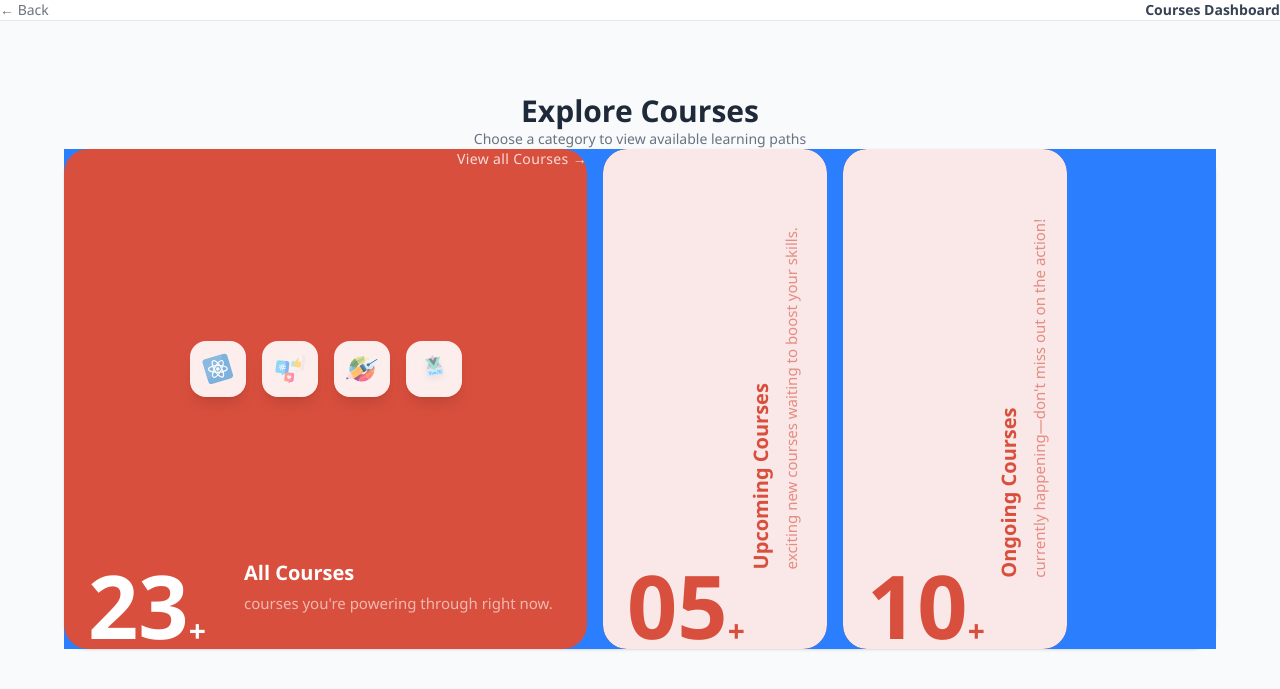
Repository: RahulRajKhadka/nextjs-dashboard-app
Page: /task2
These files come from the project's save history. The page is drawn as it stood at one moment and after the next save; the edit follows.
The browser window is 1280 px wide. The pictures show the whole page.
The project was rebuilt for these pictures with package versions that can differ from the ones it lists, and the page was loaded fresh each time. The framework's server and built-in components were replaced by stand-ins that run in the browser. Also part of the build but not shown: next.config.ts.

Above is the page before, as saved 2026-04-10 14:15:56.

After the next save:
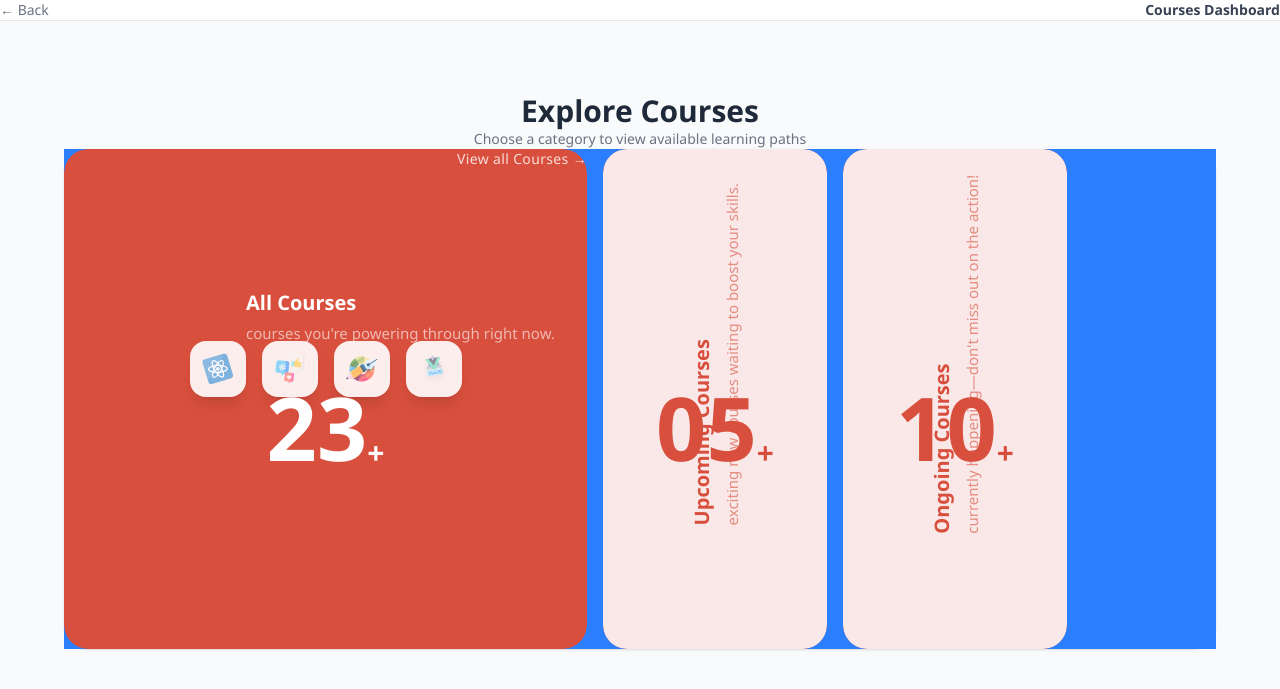
Saved 3 min 31 s later.
--- a/src/components/task2/CourseCard.tsx
+++ b/src/components/task2/CourseCard.tsx
@@ -31,13 +31,10 @@
     if (!numberRef.current || !collapsedLabelRef.current) return;
 
     if (isExpanded) {
-      // Create a timeline for smooth coordination
       const tl = gsap.timeline();
 
-      // Show expanded view
       gsap.set(expandedViewRef.current, { display: "grid" });
 
-      // Measure label and number positions
       const labelRect = collapsedLabelRef.current.getBoundingClientRect();
       const numberRect = numberRef.current.getBoundingClientRect();
 
@@ -48,11 +45,11 @@
       // 1. Circle wipe animation
       tl.to(circleRef.current, {
         clipPath: "circle(0% at 0% 100%)",
-        duration: 1,
+        duration: 0.8,
         ease: "power3.inOut",
       }, 0);
 
-      // 2. Label animation (rotate + move) - starts at same time
+      // 2. Label animation (rotate + move)
       tl.fromTo(collapsedLabelRef.current,
         {
           rotation: -90,
@@ -62,8 +59,8 @@
         },
         {
           rotation: 0,
-          x: 180,
-          y: 188,
+          x: targetX,
+          y: targetY,
           color: "#ffffff",
           duration: 0.8,
           ease: "back.out(0.3)",
@@ -89,7 +86,7 @@
         }, 0.3
       );
 
-      // 5. Icons animation (staggered)
+      // 5. Icons animation
       const iconsFromX = direction === "left" ? 120 : -120;
       gsap.set(iconsRef.current, { x: iconsFromX, opacity: 0 });
       iconsRef.current.forEach((icon, i) => {
@@ -102,17 +99,14 @@
       });
 
     } else {
-      // COLLAPSE ANIMATIONS - Smooth reverse
       const tl = gsap.timeline();
 
-      // 1. Circle expands back
       tl.to(circleRef.current, {
         clipPath: "circle(130% at 0% 80%)",
         duration: 0.8,
         ease: "power3.inOut",
       }, 0);
 
-      // 2. Label returns to collapsed position
       tl.to(collapsedLabelRef.current, {
         rotation: -90,
         x: 0,
@@ -122,18 +116,15 @@
         ease: "power2.inOut",
       }, 0);
 
-      // 3. Number color returns
       tl.to(numberRef.current, {
         color: course.textColor,
         duration: 0.3,
       }, 0.1);
 
-      // 4. Hide expanded view
       tl.set(expandedViewRef.current, {
         display: "none"
       }, 0.3);
 
-      // 5. Reset icons and topbar
       tl.set(iconsRef.current, {
         clearProps: "x,opacity"
       }, 0.4);
@@ -160,8 +151,26 @@
         }}
       />
 
-      {/* NUMBER — always bottom-left */}
-      <div className="absolute bottom-0 left-6 z-[3] flex items-end p-4 pointer-events-none">
+      {/* NUMBER AND LABEL - Stacked vertically in center (COLLAPSED STATE) */}
+      <div className="absolute inset-0 z-[3] flex flex-col items-center justify-center pointer-events-none">
+        {/* LABEL (top) - rotated -90deg */}
+        <div
+          ref={collapsedLabelRef}
+          className="flex flex-col gap-1 mb-6"
+          style={{
+            transform: "rotate(-90deg)",
+            color: course.textColor,
+          }}
+        >
+          <span className="font-bold text-[20px] whitespace-nowrap" style={{ color: "inherit" }}>
+            {course.label}
+          </span>
+          <p className="text-[15px] opacity-60 whitespace-nowrap" style={{ color: "inherit" }}>
+            {course.sublabel}
+          </p>
+        </div>
+
+        {/* NUMBER (bottom) */}
         <div ref={numberRef} className="flex items-end" style={{ color: course.textColor }}>
           <span
             className="font-black leading-none"
@@ -178,26 +187,7 @@
         </div>
       </div>
 
-      {/* SINGLE LABEL — starts centered, rotates and moves on expand */}
-      <div className="absolute  inset-0 z-[4]  flex items-center  pointer-events-none">
-        <div
-          ref={collapsedLabelRef}
-          className="flex flex-col gap-1"
-          style={{
-            transform: "rotate(-90deg)",
-            color: course.textColor,
-          }}
-        >
-          <span className="font-bold text-[20px] whitespace-nowrap" style={{ color: "inherit" }}>
-            {course.label}
-          </span>
-          <p className="text-[15px] opacity-60 whitespace-nowrap" style={{ color: "inherit" }}>
-            {course.sublabel}
-          </p>
-        </div>
-      </div>
-
-      {/* EXPANDED VIEW — topbar + icons only */}
+      {/* EXPANDED VIEW */}
       <div
         ref={expandedViewRef}
         className="absolute inset-0 z-[2] p-5"
@@ -206,14 +196,12 @@
           gridTemplateRows: "auto 1fr auto",
         }}
       >
-        {/* Row 1: topbar */}
         <div ref={topbarRef} className="flex justify-end mt-40 opacity-0">
           <span className="text-white/80 text-sm font-medium tracking-wide">
             View all Courses →
           </span>
         </div>
 
-        {/* Row 2: icons */}
         <div className="flex gap-4 items-center justify-center">
           {course.icons?.map((iconPath, i) => (
             <span
@@ -226,7 +214,6 @@
           ))}
         </div>
 
-        {/* Row 3: empty spacer */}
         <div className="h-20" />
       </div>
     </div>

After the save that followed:
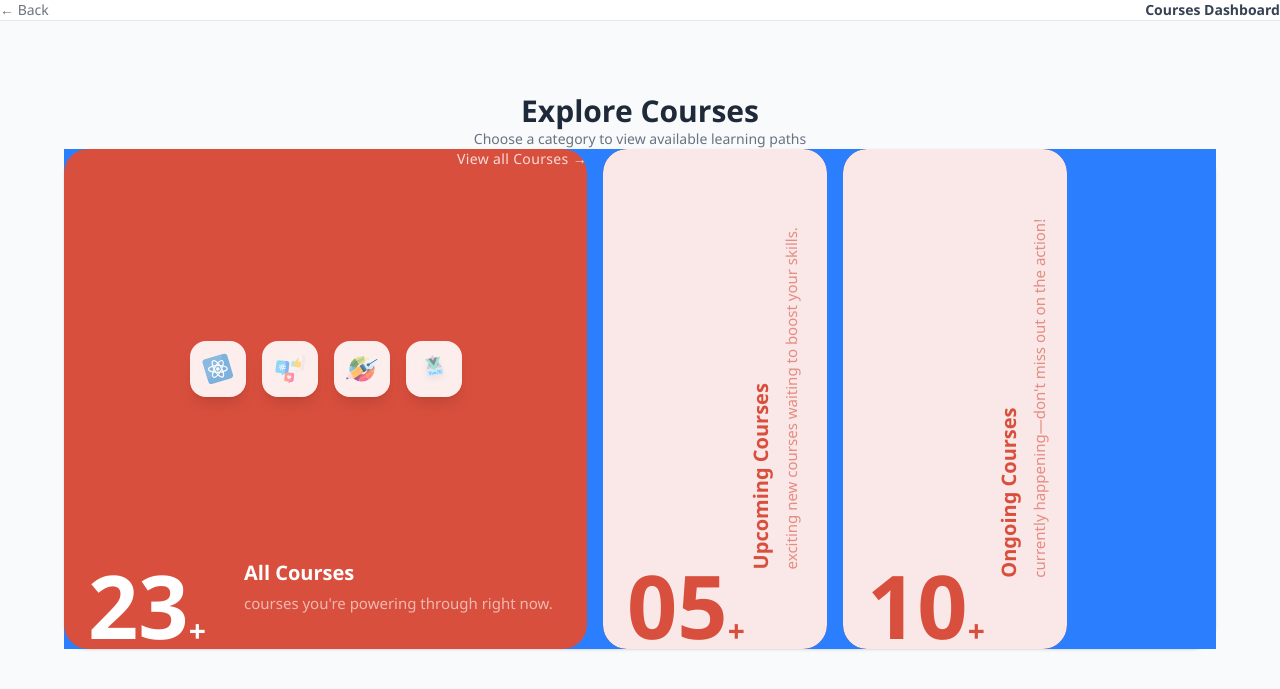
Saved 46 s later.
--- a/src/components/task2/CourseCard.tsx
+++ b/src/components/task2/CourseCard.tsx
@@ -31,10 +31,13 @@
     if (!numberRef.current || !collapsedLabelRef.current) return;
 
     if (isExpanded) {
+      // Create a timeline for smooth coordination
       const tl = gsap.timeline();
 
+      // Show expanded view
       gsap.set(expandedViewRef.current, { display: "grid" });
 
+      // Measure label and number positions
       const labelRect = collapsedLabelRef.current.getBoundingClientRect();
       const numberRect = numberRef.current.getBoundingClientRect();
 
@@ -45,11 +48,11 @@
       // 1. Circle wipe animation
       tl.to(circleRef.current, {
         clipPath: "circle(0% at 0% 100%)",
-        duration: 0.8,
+        duration: 1,
         ease: "power3.inOut",
       }, 0);
 
-      // 2. Label animation (rotate + move)
+      // 2. Label animation (rotate + move) - starts at same time
       tl.fromTo(collapsedLabelRef.current,
         {
           rotation: -90,
@@ -59,8 +62,8 @@
         },
         {
           rotation: 0,
-          x: targetX,
-          y: targetY,
+          x: 180,
+          y: 188,
           color: "#ffffff",
           duration: 0.8,
           ease: "back.out(0.3)",
@@ -86,7 +89,7 @@
         }, 0.3
       );
 
-      // 5. Icons animation
+      // 5. Icons animation (staggered)
       const iconsFromX = direction === "left" ? 120 : -120;
       gsap.set(iconsRef.current, { x: iconsFromX, opacity: 0 });
       iconsRef.current.forEach((icon, i) => {
@@ -99,14 +102,17 @@
       });
 
     } else {
+      // COLLAPSE ANIMATIONS - Smooth reverse
       const tl = gsap.timeline();
 
+      // 1. Circle expands back
       tl.to(circleRef.current, {
         clipPath: "circle(130% at 0% 80%)",
         duration: 0.8,
         ease: "power3.inOut",
       }, 0);
 
+      // 2. Label returns to collapsed position
       tl.to(collapsedLabelRef.current, {
         rotation: -90,
         x: 0,
@@ -116,15 +122,18 @@
         ease: "power2.inOut",
       }, 0);
 
+      // 3. Number color returns
       tl.to(numberRef.current, {
         color: course.textColor,
         duration: 0.3,
       }, 0.1);
 
+      // 4. Hide expanded view
       tl.set(expandedViewRef.current, {
         display: "none"
       }, 0.3);
 
+      // 5. Reset icons and topbar
       tl.set(iconsRef.current, {
         clearProps: "x,opacity"
       }, 0.4);
@@ -151,26 +160,8 @@
         }}
       />
 
-      {/* NUMBER AND LABEL - Stacked vertically in center (COLLAPSED STATE) */}
-      <div className="absolute inset-0 z-[3] flex flex-col items-center justify-center pointer-events-none">
-        {/* LABEL (top) - rotated -90deg */}
-        <div
-          ref={collapsedLabelRef}
-          className="flex flex-col gap-1 mb-6"
-          style={{
-            transform: "rotate(-90deg)",
-            color: course.textColor,
-          }}
-        >
-          <span className="font-bold text-[20px] whitespace-nowrap" style={{ color: "inherit" }}>
-            {course.label}
-          </span>
-          <p className="text-[15px] opacity-60 whitespace-nowrap" style={{ color: "inherit" }}>
-            {course.sublabel}
-          </p>
-        </div>
-
-        {/* NUMBER (bottom) */}
+      {/* NUMBER — always bottom-left */}
+      <div className="absolute bottom-0 left-6 z-[3] flex items-end p-4 pointer-events-none">
         <div ref={numberRef} className="flex items-end" style={{ color: course.textColor }}>
           <span
             className="font-black leading-none"
@@ -187,7 +178,26 @@
         </div>
       </div>
 
-      {/* EXPANDED VIEW */}
+      {/* SINGLE LABEL — starts centered, rotates and moves on expand */}
+      <div className="absolute  inset-0 z-[4]  flex items-center  pointer-events-none">
+        <div
+          ref={collapsedLabelRef}
+          className="flex flex-col gap-1"
+          style={{
+            transform: "rotate(-90deg)",
+            color: course.textColor,
+          }}
+        >
+          <span className="font-bold text-[20px] whitespace-nowrap" style={{ color: "inherit" }}>
+            {course.label}
+          </span>
+          <p className="text-[15px] opacity-60 whitespace-nowrap" style={{ color: "inherit" }}>
+            {course.sublabel}
+          </p>
+        </div>
+      </div>
+
+      {/* EXPANDED VIEW — topbar + icons only */}
       <div
         ref={expandedViewRef}
         className="absolute inset-0 z-[2] p-5"
@@ -196,12 +206,14 @@
           gridTemplateRows: "auto 1fr auto",
         }}
       >
+        {/* Row 1: topbar */}
         <div ref={topbarRef} className="flex justify-end mt-40 opacity-0">
           <span className="text-white/80 text-sm font-medium tracking-wide">
             View all Courses →
           </span>
         </div>
 
+        {/* Row 2: icons */}
         <div className="flex gap-4 items-center justify-center">
           {course.icons?.map((iconPath, i) => (
             <span
@@ -214,6 +226,7 @@
           ))}
         </div>
 
+        {/* Row 3: empty spacer */}
         <div className="h-20" />
       </div>
     </div>
